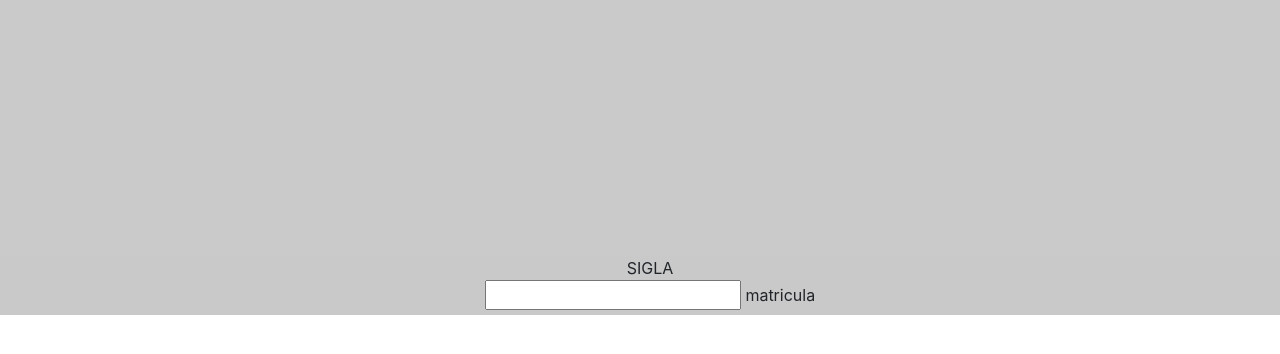
Repository: Melancia06/agenda
Page: index.html
An editor plug-in stored every save of this project. The page is shown before and after the next save, followed by the edit.
The browser window is 1280 px wide. The pictures show the whole page.

Above is the page before, as saved 2024-08-08 09:19:56.

### index.html
<!DOCTYPE html>
<html lang="en">
<head>
    <meta charset="UTF-8">
    <meta name="viewport" content="width=device-width, initial-scale=1.0">
    <link rel="stylesheet" href="css/bootstrap.css">
    <link rel="stylesheet" href="css/fontawasome.css">
    <link rel="stylesheet" href="css/css.css">
    <title>começando a fazer esboço do sigla</title>
</head>
<body>
    <div class="marca" > SIGLA
        <br>
        <input type="text" name="matricula" id="matricula" class="input" required>
        <label for="matricula">matricula</label>
    </div>
</body>
</html>

### css/css.css
.marca{
    text-align: center;
   background-color:rgba(78, 78, 78, 0.3);
   padding-left: 20px;
   padding-top: 20%;

}

Loaded but not shown: css/bootstrap.css (library); css/fontawasome.css (4616 lines, source omitted)

After the next save:
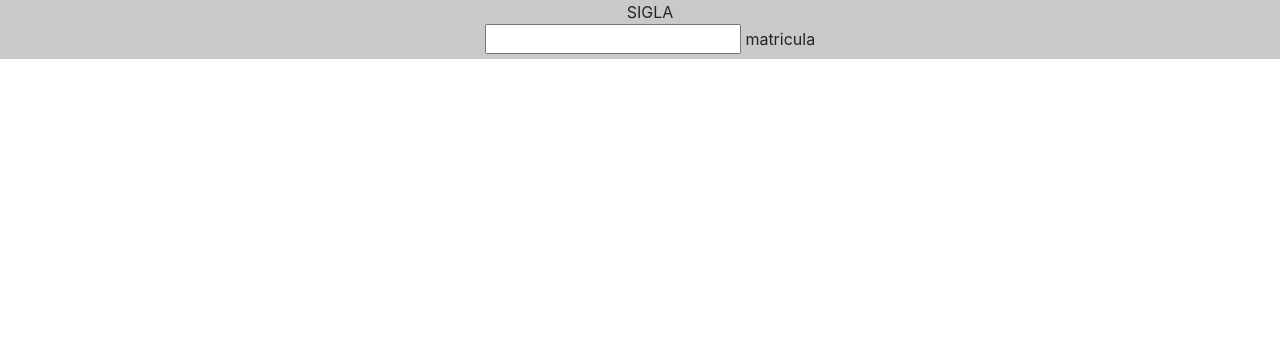
Saved 4 s later.
--- a/css/css.css
+++ b/css/css.css
@@ -2,6 +2,6 @@
     text-align: center;
    background-color:rgba(78, 78, 78, 0.3);
    padding-left: 20px;
-   padding-top: 20%;
+   top: 20%;
 
 }

After the save that followed:
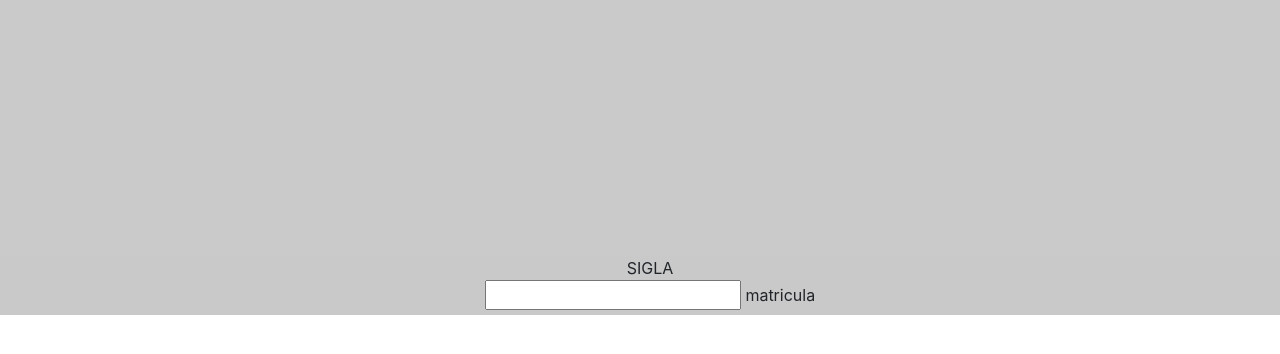
Saved 16 s later.
--- a/css/css.css
+++ b/css/css.css
@@ -2,6 +2,6 @@
     text-align: center;
    background-color:rgba(78, 78, 78, 0.3);
    padding-left: 20px;
-   top: 20%;
+   padding-top: 20%;
 
 }
